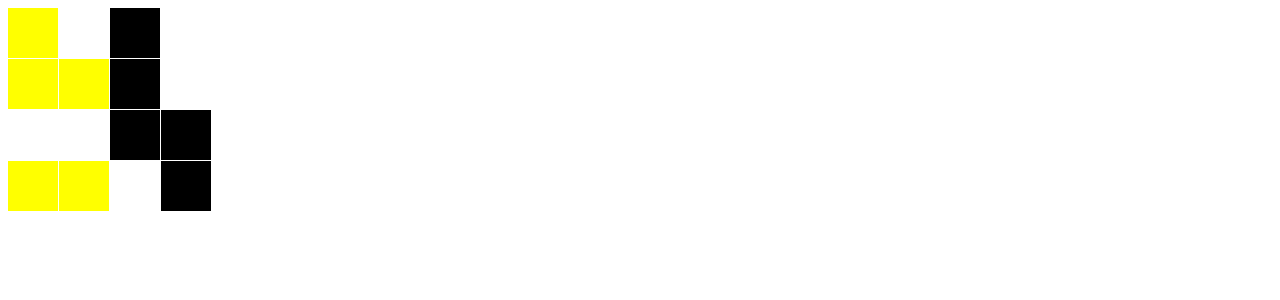
Repository: JIHYEONHE/doit
Page: FAST_ZZANG/static/canvas3.html
An editor plug-in stored every save of this project. The page is shown before and after the next save, followed by the edit.
The browser window is 1280 px wide. The pictures show the whole page.

Above is the page before, as saved 2022-10-18 01:38:05.

After the next save:
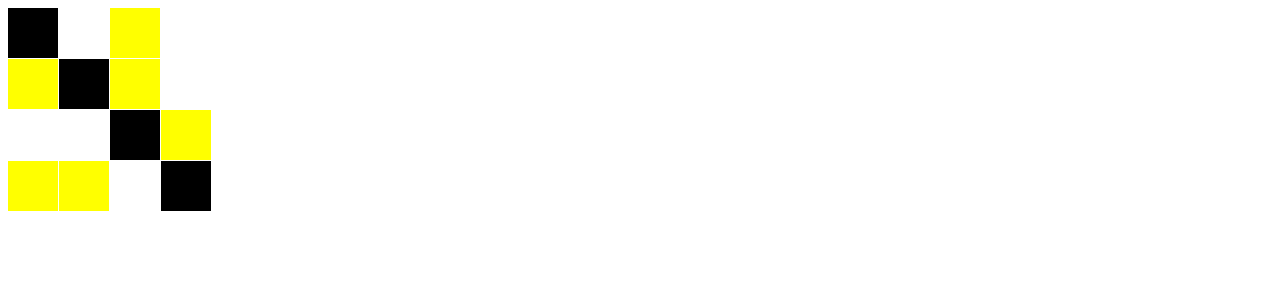
Saved 16 s later.
--- a/FAST_ZZANG/static/canvas3.html
+++ b/FAST_ZZANG/static/canvas3.html
@@ -23,7 +23,7 @@
 			    ctx.fillRect(j*51,i*51, 50, 50);
 		    }else{
 		        ctx.fillStyle = 'black';
-		        ctx.fillRect(i*51, j*51, 50, 50);
+		        ctx.fillRect(j*51, j*51, 50, 50);
 
 		    }
 		}
